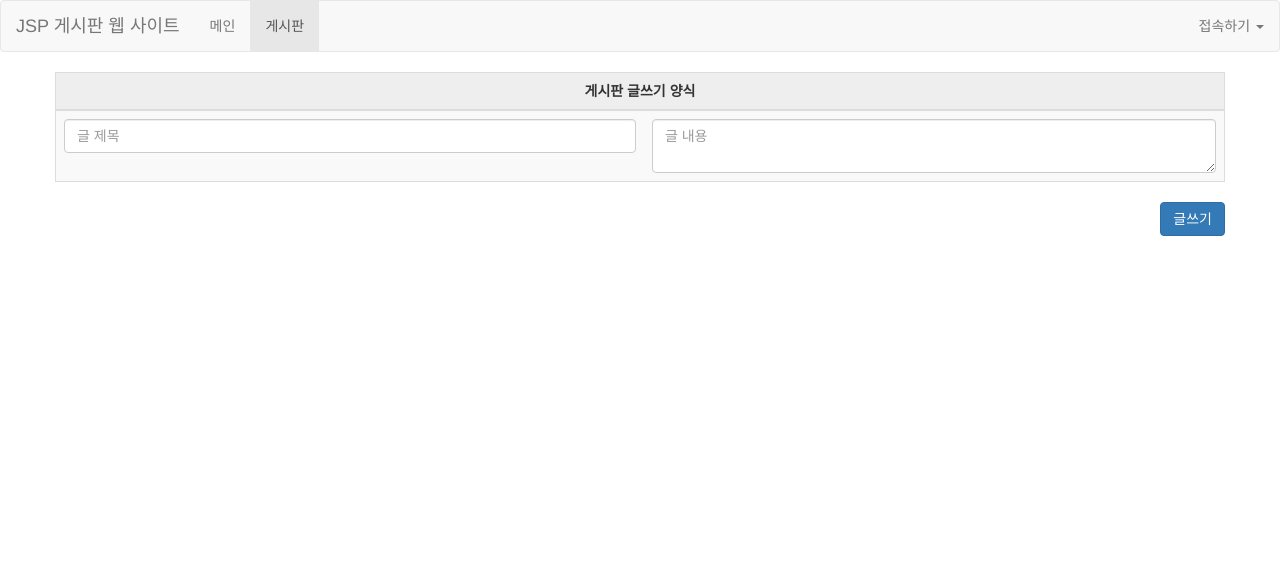
Repository: TheChok/BbsClone
Page: http://localhost/BBS/view.jsp
These files come from the project's save history. The page is drawn as it stood at one moment and after the next save; the edit follows.
The browser window is 1280 px wide. The pictures show the whole page.
Some web libraries are served in a nearby version. The page is served by Tomcat 9. Other server files are loaded and not shown.

Above is the page before, as saved 2023-09-21 12:02:33.

### BBS/src/main/webapp/view.jsp
<%@ page language="java" contentType="text/html; charset=UTF-8" pageEncoding="UTF-8" %>
<%@ page import="java.io.PrintWriter" %>
<!DOCTYPE html>
<html>
<head>
	<meta http-equiv="Content-Type" content="text/html; charset=UTF-8">
	<meta name="viewport" content="width=device-width", initial-scale="1">
	<link rel="stylesheet" href="css/bootstrap.css">
	<title>JSP 게시판 웹 사이트</title>
</head>
<body>
	<%
		String userID = null;
		if(session.getAttribute("userID") != null) {
			userID = (String) session.getAttribute("userID");
		}
	%>
	<!-- navbar -->
	<nav class="navbar navbar-default">
		<div class="navbar-header">
			<button type="button" class="navbar-toggle"
				data-toggle="collapse" data-target="#bs-example-navbar-collapse-1"
				aria-expanded="false">
				<span class="icon-bar"></span>
				<span class="icon-bar"></span>
				<span class="icon-bar"></span>
			</button>
			<a class="navbar-brand" href="main.jsp">JSP 게시판 웹 사이트</a>
		</div>

		<div class="collapse navbar-collapse" id="bs-example-navbar-collapse-1">
			<ul class="nav navbar-nav">
				<li><a href="main.jsp">메인</a></li>
				<li class='active'><a href="bbs.jsp">게시판</a></li>
			</ul>

			<%
				if(userID == null) {
			%>
				<ul class="nav navbar-nav navbar-right">
					<li class="dropdown">
						<a href="#" class="dropdown-toggle"
							data-toggle="dropdown" role="button" aria-haspopup="true"
							aria-expanded="false">
							접속하기
							<span class="caret"></span>
						</a>
						<ul class="dropdown-menu">
							<li><a href="login.jsp">로그인</a></li>
							<li><a href="join.jsp">회원가입</a></li>
						</ul>
					</li>
				</ul>
			<%
				} else {
			%>
				<ul class="nav navbar-nav navbar-right">
					<li class="dropdown">
						<a href="#" class="dropdown-toggle"
							data-toggle="dropdown" role="button" aria-haspopup="true"
							aria-expanded="false">
							회원관리
							<span class="caret"></span>
						</a>
						<ul class="dropdown-menu">
							<li><a href="logoutAction.jsp">로그아웃</a></li>
						</ul>
					</li>
				</ul>
			<%
				}
			%>
		</div>
	</nav>
	<!-- End - navbar -->

	<div class="container">
		<div class="row">
			<table class="table table-striped" style="text-align:center; border:1px solid #dddddd">
				<thead>
					<tr>
						<th colspan="2" style="background-color:#eeeeee; text-align:center;">게시판 글쓰기 양식</th>
					</tr>
				</thead>
				<tbody>
					<tr>
						<td>
							<input type="text" class="form-control" placeholder="글 제목" name="bbsTitle" maxlength="50" />
						</td>
						<td>
							<textarea type="text" class="form-control" placeholder="글 내용" name="bbsContent" maxlength="2048"></textarea>
						</td>
					</tr>
				</tbody>
			</table>
			<a href="write.jsp" class="btn btn-primary pull-right">글쓰기</a>
		</div>
	</div>



	<script src="https://code.jquery.com/jquery-3.1.1.min.js"></script>
	<script src="js/bootstrap.js"></script>
</body>
</html>

Loaded but not shown: BBS/src/main/webapp/css/bootstrap.css (library); BBS/src/main/webapp/js/bootstrap.js (library)

After the next save:
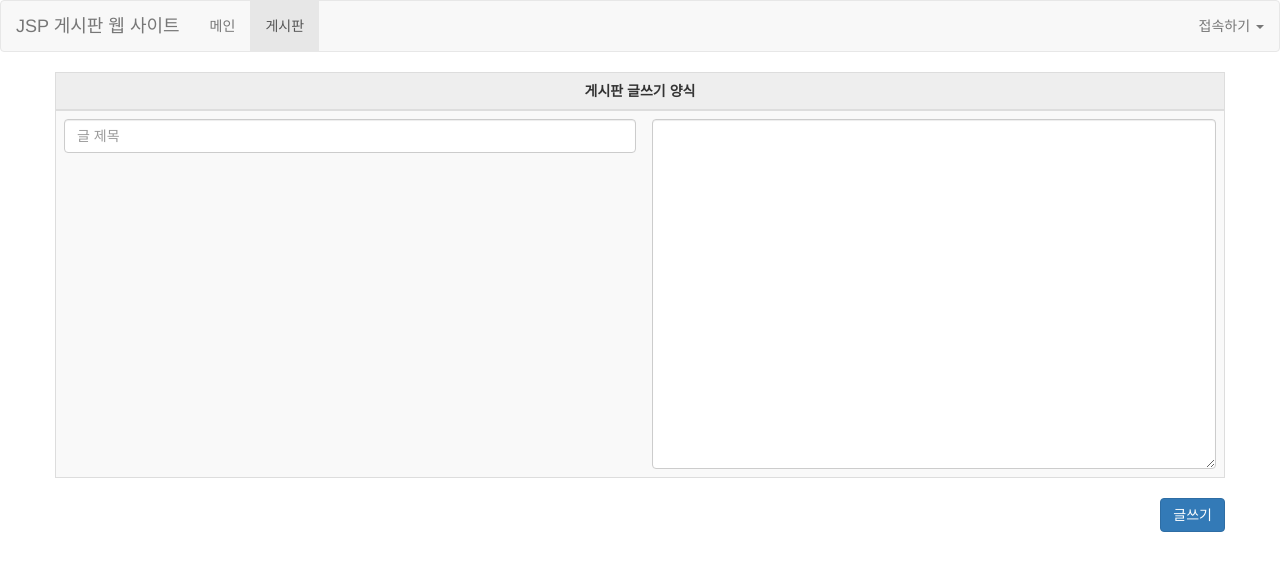
Saved 26 s later.
--- a/BBS/src/main/webapp/view.jsp
+++ b/BBS/src/main/webapp/view.jsp
@@ -88,7 +88,8 @@
 							<input type="text" class="form-control" placeholder="글 제목" name="bbsTitle" maxlength="50" />
 						</td>
 						<td>
-							<textarea type="text" class="form-control" placeholder="글 내용" name="bbsContent" maxlength="2048"></textarea>
+							<textarea type="text" class="form-control" placeholder="글 내용" name="bbsContent" maxlength="2048" style="height:350px;">
+							</textarea>
 						</td>
 					</tr>
 				</tbody>
